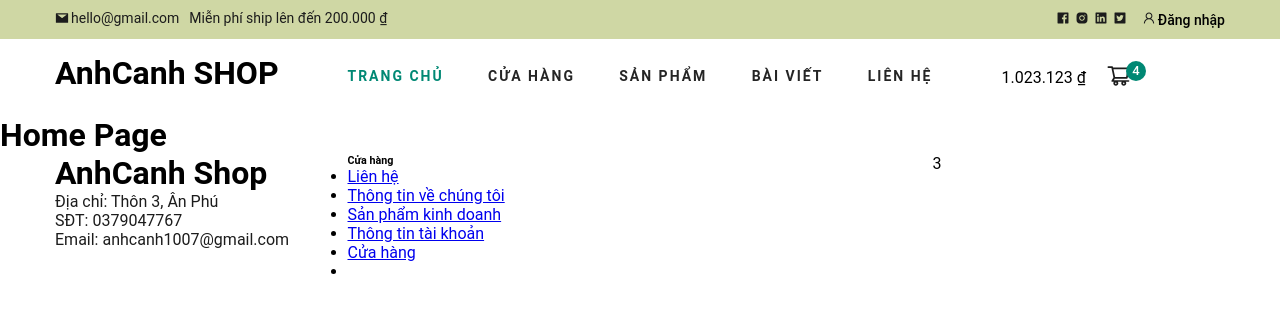
Repository: anhcanh1007/show_product
Page: /
These files come from the project's save history. The page is drawn as it stood at one moment and after the next save; the edit follows.
The browser window is 1280 px wide. The pictures show the whole page.
The project was rebuilt for these pictures with package versions that can differ from the ones it lists, and the page was loaded fresh each time. Imported but missing from the stored project, and not drawn on this page: src/pages/user/profilePage.

Above is the page before, as saved 2024-01-26 14:48:46.

After the next save:
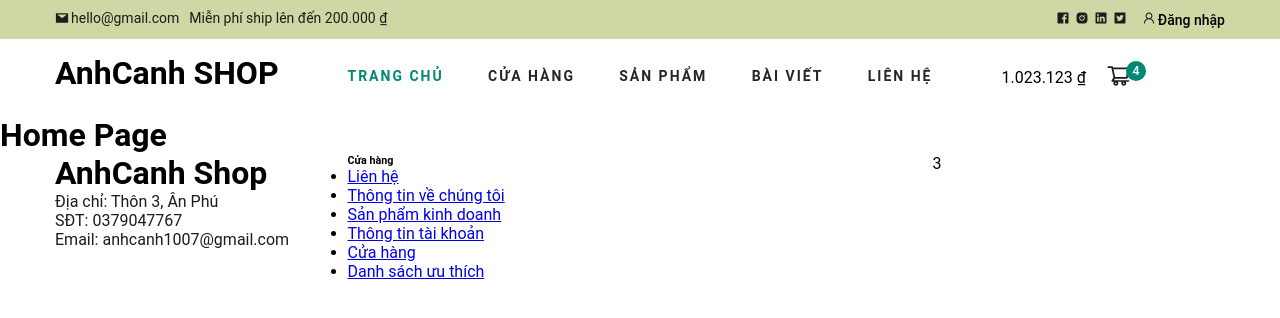
Saved 5 s later.
--- a/src/pages/user/theme/footer/index.js
+++ b/src/pages/user/theme/footer/index.js
@@ -40,7 +40,7 @@ const Footer = () => {
                     <Link to="">Cửa hàng</Link>
                   </li>
                   <li>
-                    <Link to=""></Link>
+                    <Link to="">Danh sách ưu thích</Link>
                   </li>
                 </ul>
               </div>
